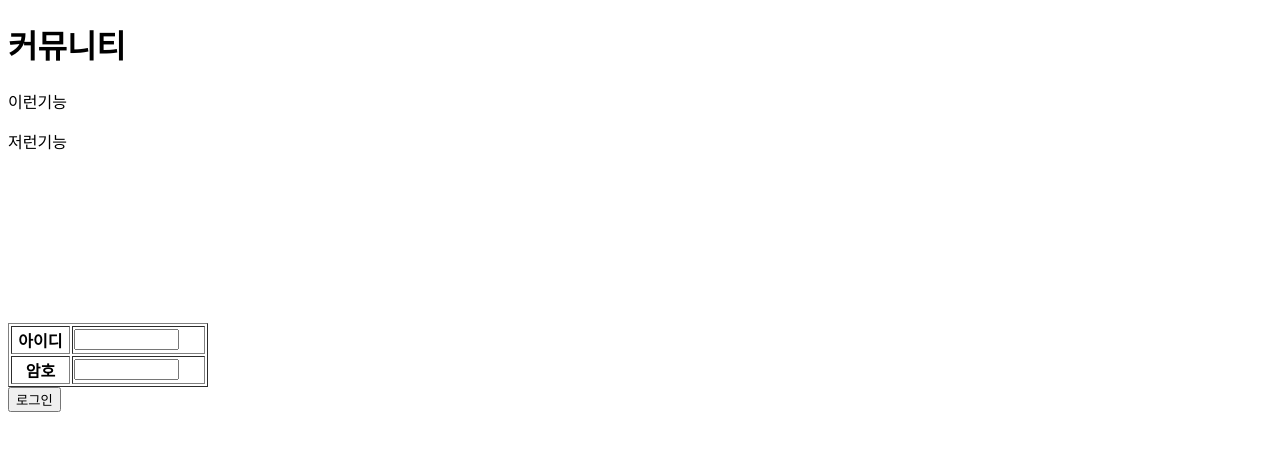
Repository: camicomi/Study_Server
Page: http://localhost/JSPTest/ex04.jsp
An editor plug-in stored every save of this project. The page is shown before and after the next save, followed by the edit.
The browser window is 1280 px wide. The pictures show the whole page.
The page is served by Tomcat 9.

Above is the page before, as saved 2024-04-01 06:21:31.

After the next save:
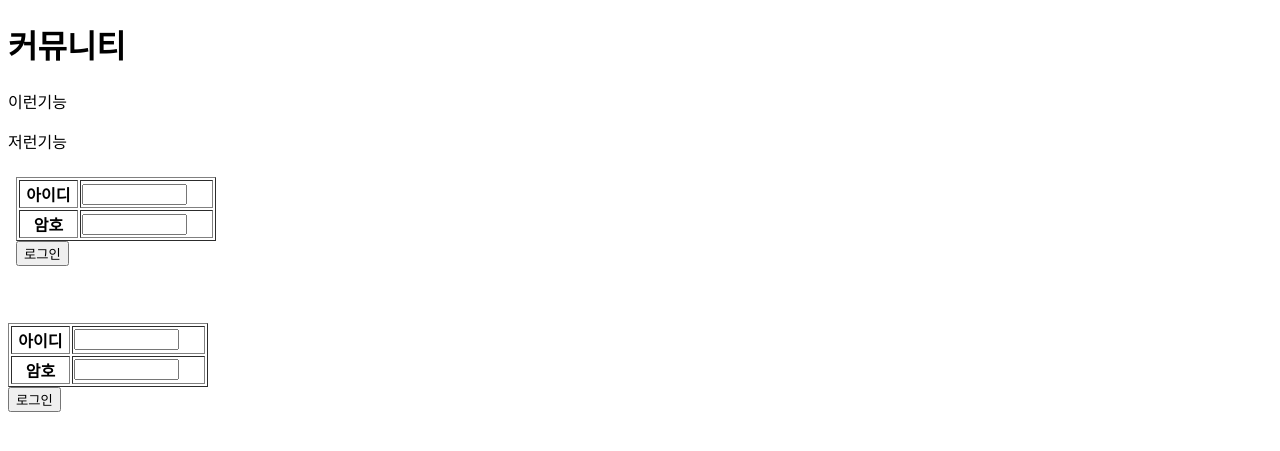
Saved 53 s later.
--- a/JSPTest/src/main/webapp/ex04.jsp
+++ b/JSPTest/src/main/webapp/ex04.jsp
@@ -21,7 +21,7 @@
 
 	 -->
 
-	 <iframe scr="login.jsp" frameborder="0"></iframe>
+	 <iframe src="login.jsp" frameborder="0"></iframe>
 
 	 <%@ include file="login.jsp" %>
 
